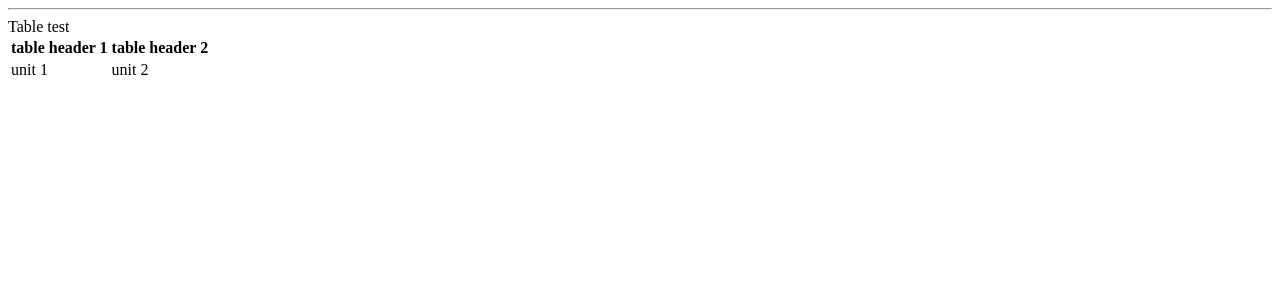
Repository: libelosophy/anjoyo
Page: workspace/QTalk/WebContent/html/table.html
An editor plug-in stored every save of this project. The page is shown before and after the next save, followed by the edit.
The browser window is 1280 px wide. The pictures show the whole page.

Above is the page before, as saved 2013-09-09 11:14:34.

### workspace/QTalk/WebContent/html/table.html
<html>
<head>
<title>HTML Layout</title>
<meta name="author" content="jh">

</head>
<hr />
<body>



	<table b="3"> Table test
		<tr>
			<th>table header 1</th>
			<th>table header 2</th>
		</tr>
		<tr>
			<td>unit 1</td>
			<td>unit 2</td>
		</tr>
	</table>


</body>
</html>

After the next save:
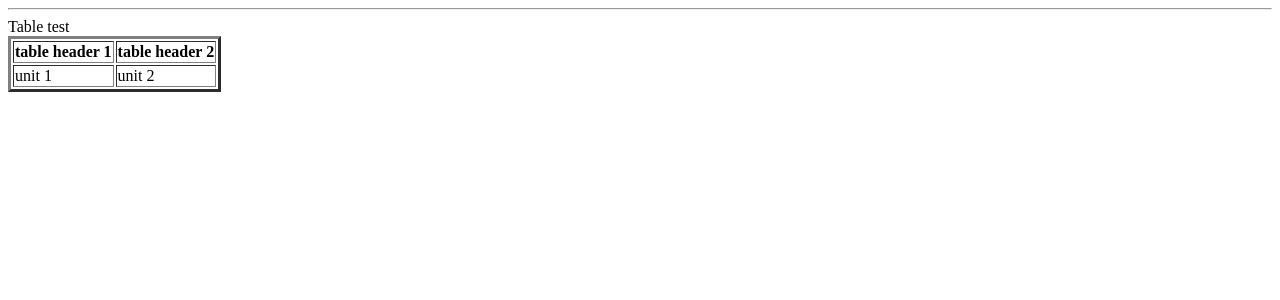
Saved 3 min 4 s later.
--- a/workspace/QTalk/WebContent/html/table.html
+++ b/workspace/QTalk/WebContent/html/table.html
@@ -9,7 +9,7 @@
 
 
 
-	<table b="3"> Table test
+	<table border="3"> Table test
 		<tr>
 			<th>table header 1</th>
 			<th>table header 2</th>
